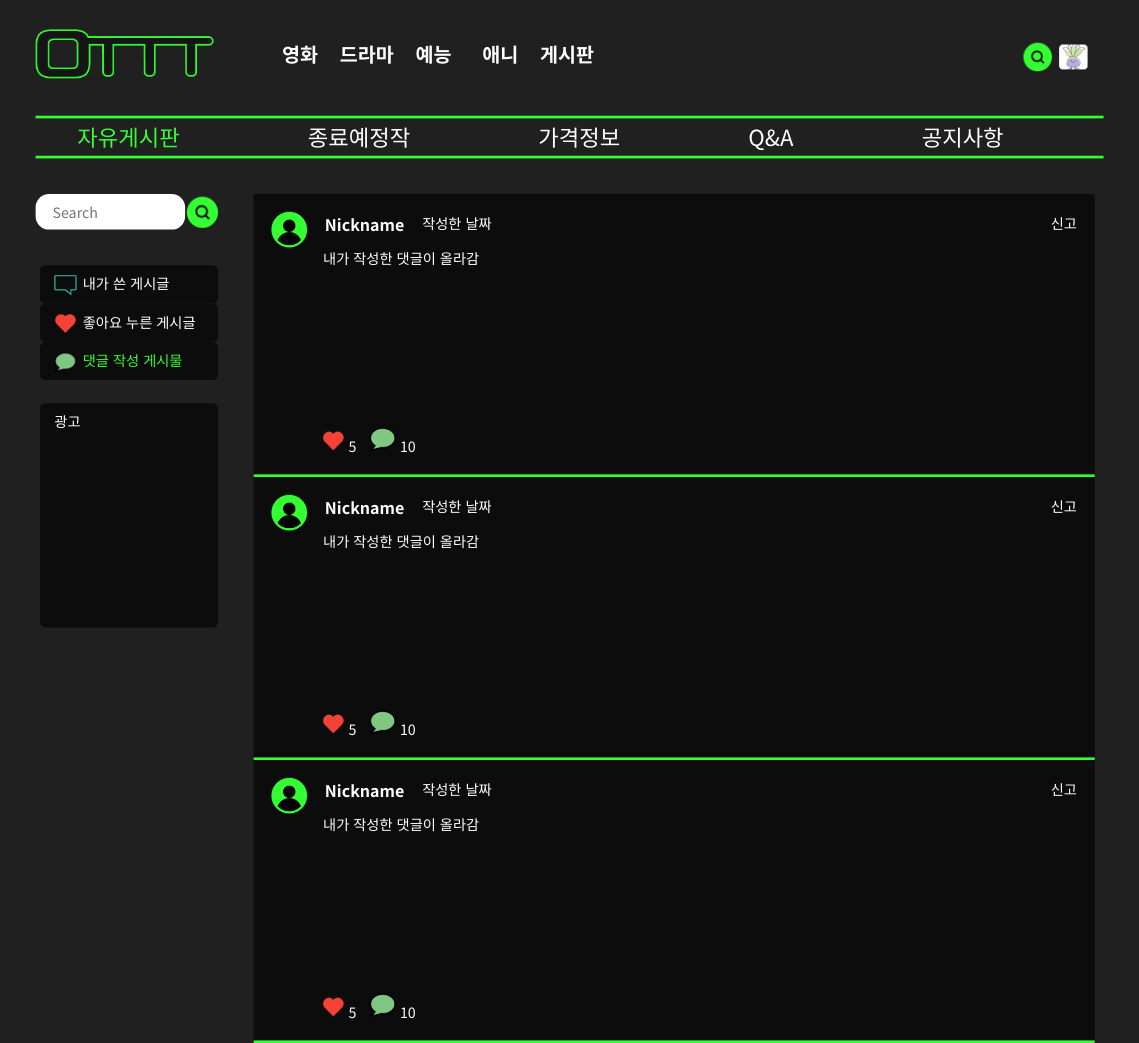
Repository: gahhyun/commnity_make
Page: http://localhost/OTTT/WEB-INF/views/community/freecommunity/comment_collection.jsp
The author's editor kept a copy of each file at every save. The page is drawn from the files as they stood at one save, then again after the next save.
The browser window is 1280 px wide. The pictures show the whole page, at 89% of full size.
The page is served by Tomcat 9. Nobody is signed in. Other server files are loaded and not shown. The template is opened directly, without the code that normally fills it, so the values that code supplies are empty.

Above is the page before, as saved 2023-05-04 07:35:38.

### OTTT/src/main/webapp/WEB-INF/views/community/freecommunity/comment_collection.jsp
<%@ page language="java" contentType="text/html; charset=UTF-8"
    pageEncoding="UTF-8"%>
<%@ taglib prefix="c" uri="http://java.sun.com/jsp/jstl/core" %>
<c:set var="path" value="${pageContext.request.contextPath}"/>
<!doctype html>
<html lang="ko">
  <head>
    <meta charset="utf-8">
    <meta name="viewport" content="width=device-width, initial-scale=1">
    <title>comment_collection</title>

    <link href="https://cdn.jsdelivr.net/npm/bootstrap@5.3.0-alpha2/dist/css/bootstrap.min.css" rel="stylesheet" integrity="sha384-aFq/bzH65dt+w6FI2ooMVUpc+21e0SRygnTpmBvdBgSdnuTN7QbdgL+OapgHtvPp" crossorigin="anonymous">
    <link rel="stylesheet" href="${path}/resources/css/community/freecommunity/community_main.css" >
    <script type="text/javascript" src="${path}/resources/js/community/main.js"></script>
    <script src="https://cdn.jsdelivr.net/npm/bootstrap@5.3.0-alpha2/dist/js/bootstrap.bundle.min.js" integrity="sha384-qKXV1j0HvMUeCBQ+QVp7JcfGl760yU08IQ+GpUo5hlbpg51QRiuqHAJz8+BrxE/N" crossorigin="anonymous"></script>
  </head>
  <body style="background-color: #202020;">
    <div class="wrap">
      <header>
        <div class="logo">
          <a href="<c:url value="/" />">
            <img src="${path}/resources/images/logo/OTTT.png" alt="로고">
          </a>
        </div>
        <nav class="gnb">
          <ul>
            <li>
              <a href="<c:url value="/genre/movie" />">영화</a>
            </li>
            <li>
              <a href="<c:url value="/genre/drama" />">드라마</a>
            </li>
            <li>
              <a href="<c:url value="/genre/interest" />">예능</a>
            </li>
            <li>
              <a href="<c:url value="/genre/animation" />">애니</a>
            </li>
            <li>
              <a href="<c:url value="/community" />">게시판</a>
            </li>
          </ul>
        </nav>
        <div class="h-icon">
          <ul>
            <li>
              <a href="<c:url value='/search' />">
                <!-- <img src="./images/icon/search02.png" alt="검색"> -->
              </a>
            </li>
            <li>
              <a href="<c:url value='/mypage' />">
                <!-- <img src="./images/icon/user01.png" alt="내 정보"> -->
              </a>
            </li>
          </ul>
        </div>
      </header>

      <!--meun bar Start-->
        <div id="line-1" >
          <nav class="nav">
          <a class="nav-link1" href="<c:url value='/community' />" style="color: #33ff33;">자유게시판</a>
          <a class="nav-link1" href="<c:url value='/community/endmovie/tving' />">종료예정작</a>
          <a class="nav-link1" href="<c:url value='/community/priceInfoTving' />">가격정보</a>
          <a class="nav-link1" href="<c:url value='/community/QnA' />">Q&A</a>
          <a class="nav-link1" href="<c:url value='/community/notice' />">공지사항</a>
        </nav>
        </div>
        <div id="line-2">
          <div class="Lcontent">
            <form name="post_search" action="" method="get">
              <input class="search" type="search" placeholder=" &nbsp;Search">
              <input class="searchicon" type="image" src="${path}/resources/images/icon/search02.png" alt="돋보기">
            </form>
            <ul class="movepage">
              <li style="display: flex;">
                <div class="list-group">
                    <a href="<c:url value='/mycommynity/postcommu' />" class="list-group-item list-group-item-action">
                      <img class="side_img" src="${path}/resources/images/img/KakaoTalk_20230411_161709664.png" alt="post">내가 쓴 게시글
                    </a>
                </div>
              </li>
              <li style="display: flex;">
                  <div class="list-group">
                      <a href="<c:url value='/mycommynity/likecommunity' />" class="list-group-item list-group-item-action">
                        <img class="side_img" src="${path}/resources/images/img/free-icon-heart-6063477 2.png" alt="heart">좋아요 누른 게시글
                      </a>
                  </div>
              </li>
              <li style="display: flex;">
                  <div class="list-group">
                      <a href="<c:url value='/mycommynity/comment' />" class="list-group-item list-group-item-action" style="color: #33ff33;">
                        <img class="side_img" src="${path}/resources/images/img/comment.png" >댓글 작성 게시물
                      </a>
                  </div>
              </li>
              <li style="display: flex;">
                  <div class="list-group">
                      <a href="#" class="list-group-item list-group-item-action" style="margin-top: 2vw; height: 35vh;">광고</a>
                    </div>
              </li>
          </div>

<!--ㅡmain------------------------------------------>
<div class="Rcontent" >
  <div class="post_list">
   <ul class="post" >
      <div class="post_info">
       <div style="display: flex;">
          <a href="#"><img class="usur_img" src="${path}/resources/images/icon/user01.png" alt="profile"></a>
          <a href="#"><span class="nickname">Nickname</span></a>
          <span id="current_date" >작성한 날짜</span>
        </div>
        <div>
         <div>
          <button type="button" class="btn_warning" data-bs-toggle="dropdown" >
            신고
          </button>
          <ul class="dropdown-menu" >
            <li><a class="dropdown-item" href="#">욕설/비방</a></li>
            <li><a class="dropdown-item" href="#">광고/도배</a></li>
            <li><a class="dropdown-item" href="#">악의적인 스포</a></li>
            <li><a class="dropdown-item" href="#">선정성</a></li>
          </ul>
         </div>
        </div>
      </div>
      <div style="width: 900px;">
        <a href="#" class="main_article">내가 작성한 댓글이 올라감</a>
      </div>
      <div>
      <div>
        <input class="heart_img" type="image" src="${path}/resources/images/img/free-icon-heart-6063477 2.png" alt="heart">
        <span>5</span>
        <input class="re_comment_img" type="image" src="${path}/resources/images/img/comment.png" alt="comment">
        <span>10</span>
      </div>
      </div>
    </ul>
    <ul class="post" >
      <div class="post_info">
       <div style="display: flex;">
          <a href="#"><img class="usur_img" src="${path}/resources/images/icon/user01.png" alt="profile"></a>
          <a href="#"><span class="nickname">Nickname</span></a>
          <span id="current_date" >작성한 날짜</span>
        </div>
        <div>
          <button type="button" class="btn_warning" data-bs-toggle="dropdown" >
            신고
          </button>
          <ul class="dropdown-menu">
            <li><a class="dropdown-item" href="#">욕설/비방</a></li>
            <li><a class="dropdown-item" href="#">광고/도배</a></li>
            <li><a class="dropdown-item" href="#">악의적인 스포</a></li>
            <li><a class="dropdown-item" href="#">선정성</a></li>
          </ul>
        </div>
      </div>
      <div style="width: 900px;">
        <a href="#" class="main_article">내가 작성한 댓글이 올라감</a>
      </div>
      <div>
      <div>
        <input class="heart_img" type="image" src="${path}/resources/images/img/free-icon-heart-6063477 2.png" alt="heart">
        <span>5</span>
        <input class="re_comment_img" type="image" src="${path}/resources/images/img/comment.png" alt="comment">
        <span>10</span>
      </div>
      </div>
    </ul>
    <ul class="post" >
      <div class="post_info">
       <div style="display: flex;">
          <a href="#"><img class="usur_img" src="${path}/resources/images/icon/user01.png" alt="profile"></a>
          <a href="#"><span class="nickname">Nickname</span></a>
          <span id="current_date" >작성한 날짜</span>
        </div>
        <div>
          <button type="button" class="btn_warning" data-bs-toggle="dropdown" >
            신고
          </button>
          <ul class="dropdown-menu">
            <li><a class="dropdown-item" href="#">욕설/비방</a></li>
            <li><a class="dropdown-item" href="#">광고/도배</a></li>
            <li><a class="dropdown-item" href="#">악의적인 스포</a></li>
            <li><a class="dropdown-item" href="#">선정성</a></li>
          </ul>
        </div>
      </div>
      <div style="width: 900px;">
        <a href="#" class="main_article">내가 작성한 댓글이 올라감</a>
      </div>
      <div>
      <div>
        <input class="heart_img" type="image" src="${path}/resources/images/img/free-icon-heart-6063477 2.png" alt="heart">
        <span>5</span>
        <input class="re_comment_img" type="image" src="${path}/resources/images/img/comment.png" alt="comment">
        <span>10</span>
      </div>
      </div>
    </ul>
  </div>
</div>
</div>
</div>
</body>
</html>

### OTTT/src/main/webapp/resources/css/community/freecommunity/community_main.css
@charset "utf-8";
@import url('https://fonts.googleapis.com/css2?family=Noto+Sans+KR:wght@100;300;400;500;700;900&display=swap');


*{margin: 0;padding: 0;font-family: 'Noto Sans KR', sans-serif;}

a{text-decoration: none;color: inherit;display: block;}

ul,li,ol{list-style: none;}

body{background-color: #202020;color: #fff;}

.wrap{width: 100%;height: 100%;position: relative;}

/* header Start*/
header{ width: 1200px; height: 130px;box-sizing: border-box;margin: 0 auto;position: relative;display: flex;}

.logo{    width: 230px;
    height : 95px;
    margin-top: 30px;}

.logo > a > img{margin-top: 2.5px;width: 200px;}

.gnb > ul{display: flex;}

.gnb > ul > li{
    width: 70px;
    height: 60px;
    text-align: center;
    line-height: 60px;
    margin-top: 30px;
    margin-right:5px;
}


.gnb a{
    font-size: 22px;
    font-weight: 600;
}

.gnb > ul > li:hover{
    color: #33ff33;
}

.h-icon{
    width: 120px;
    height: 58px;
    position: absolute;
    top: 50%;
    right: 10px;
    transform: translateY(-50%);
}

.h-icon > ul{
    display: flex;
    justify-content: space-evenly;
    margin-top: 12px;
}

.h-icon > ul > li:first-child > a{
    background:url("../../../images/icon/search02.png");
    background-repeat: no-repeat;
    background-position: center;
    background-size: 32px;
    width: 32px;
    height: 32px;
}

.h-icon > ul > li:last-child > a{
    background:url("../../../images/img/profile.png");
    background-repeat: no-repeat;
    background-position: center;
    background-size: 32px;
    width: 32px;
    height: 32px;
}

.h-icon > ul > li:first-child > a:hover{
    background: url("../../../images/icon/search-h.png");
    background-repeat: no-repeat;
    background-position: center;
    background-size: 32px;
    width: 32px;
    height: 32px;
}

/* .h-icon > ul > li:last-child > a:hover{
    background: url("../images/user-h.png");
    background-repeat: no-repeat;
    background-position: center;
    background-size: 32px;
    width: 32px;
    height: 32px;
} */

/* header End */

/* meun bar Start */
#line-1 {
    width: 1200px;
    background-color: transparent;
    border: none;
    border-top-style: solid;
    border-bottom-style: solid;
    border-top-color:#33ff33;
    border-bottom-color: #33FF33;
    border-top-width:3px;
    border-bottom-width: 3px;
    margin: 0 auto;
    position: relative;
    display: flex;
    margin-bottom: 40px;
}

.nav-link1{
    color: #ffffff;
    font-size: 25px;
    padding:2px;
    text-decoration-line: none;
    margin-left: 140px;
}
.nav-link1:hover{color: #33FF33;}

.nav a:nth-child(1){margin-left: 3.5vw;}

/* meun bar ENd */


/* content Start */
/*  left start */
#line-2 {
    width:1200px;
    display: flex;
    position:relative;
    margin: 0 auto;

}

.search{
        border: solid 1px black;
        width: 168px;
        height: 40px;
        border: 0;
        border-radius: 15px;
        padding-left: 10px;s
    }

.searchicon{
    width: 35px;
    position: relative;
    left: 170px;
    bottom: 37px;
}

.movepage{
    margin: 0;
    margin-left: 5px;
    padding: 0;
}


.list-group-item{
    width: 200px;
    background-color: #0B0C0B;
    border: none;
    color: #ffffff;

}

.side_img{
    width: 25px;
    margin-right: 7px;
}

/*  left end */

/* right start*/
.Rcontent{
    margin-left: 40px;
    width: 1000px;
    height: auto;

}

.post_write{
    padding: 20px;
    background : #0B0C0B;
    border: solid 1px #33FF33;
    color: white;
    border-radius: 10px;
    max-height: max-content;
    width: 945px;
}

.post_write li:nth-child(1) img{
    width: 50px;

}


.writeHere{
    color: #fff;
    border: none;
    background-color: #0B0C0B;;
    width: 800px;
    min-height: 5rem;
    max-height: max-content;
    overflow-y: hidden;
    resize: none;
    position: relative;
    left: 75px;
    bottom: 43px;


}
.writeHere:focus{
    outline: none;
}

.btn_s{

    text-align: end;
}

.img_file{
    width: 47px;
    position: relative;
    cursor: pointer;
}

#btn_file{
    position: absolute;
    width: 1px;
    height: 1px;
    padding: 0;
    border: 0;
    margin: -1;
    overflow: hidden;
}


.btn_commit{
    width: 83px;
    position: relative;
    top: 10px;
}


/*
필드 숨기는 코드를 설명해보자면,

‣ position: absolute : clip이 absolute, fixed일 때만 적용 가능하기 때문 + 레이아웃에 영향을 끼치지 않게.

‣ width: 1px; height: 1px : 스크린 리더가 읽을 수 있도록

‣ padding: 0 : 상속되거나 적용될 수 있는 스타일을 제거해서 안전하게

‣ border: 0 : 상속되거나 적용될 수 있는 스타일을 제거해서 안전하게. 그리고 border: none과 border: 0은 다른데, border: none으로 했을 때 border-style을 적용할 경우 우선순위때문에 border: none인데도 테두리가 생긴다. 그래서 더 안전한 border: 0을 사용

‣ margin: -1px : 부모 요소 밖으로 위치시킴

‣ clip: rect(0, 0, 0, 0) : 요소 숨기기. 처음에 top, right, bottom, left를 margin 줄 때처럼 생각을 해서 이해를 못 했는데 선언 순서는 같지만 기준 점이 다르다. clip은 네 방향 모두 좌측상단이 기준이다.margin 에서 bottom은 해당 요소 아래에서 얼마큼 떨어질지였지만, clip은 상단에서 얼마큼 떨어질지가 bottom라인이 된다. 그래서 top과 bottom이 같은 값이면 요소가 숨겨지게 된다. 마찬가지로 left, right가 같은 값이면 요소가 숨겨진다.

‣ overflow: hidden : overflow된 콘텐츠를 숨기기.
*/



/*작성된 글 올라감*/
.post{
    margin: 0;
    padding: 20px;
    background : #0B0C0B;
    border: none;
    color: white;
    width: 945px;
    max-height: max-content;
    overflow: auto;
    border-bottom: solid #33FF33;
}

.post > li{
    display: inline-block;
}

.post_info{
    display: flex;
    justify-content: space-between;
}

.usur_img{
    width: 40px;

}

.nickname{
    width: 500px;
    margin-left: 20px;
    margin-right: 20px;
    color: #fff;
    font-weight: bolder;
    font-size: 18px;
}

.btn_warning{
    background-color: #0B0C0B;
    color: #fff;
    border: none;
    margin-left: 20px;




}

.main_article{
    color: #fff;
    border: none;
    background-color: #0B0C0B;
    width: 800px;
    min-height: 200px;
    max-height: max-content;
    margin-left: 58px;
}

.main article:focus{
    outline: none;
}

.heart_img{
    width: 25px;
    margin-left: 57px;
    padding-top: 5px;
}

.count{
    width: 35px;
    background-color: #0B0C0B;
    border: none;
    color: #fff;
}

.re_comment_img{
    width: 30px;
    margin-left: 10px;
}






/* 모달 */
.post_info li:nth-child(4){
    position: relative;
    left: 500px;
}
.modal-content{
    background-color: #202020;
}

.modal-body{
    font-size: 26px;
    text-align: center;
    border: 1px solid #fff;
}

.modal-header{
    border: 1px solid #fff;
}

.modal-footer{
    border: 1px solid #fff;
}

.modi-del{
    text-align: right;
}


.pro-info{
    display: flex;
}

.pro-total{
    display: flex;
    justify-content: space-between;
}

.btn.btn-secondary{
    background-color: #0B0C0B;
}
/*모달 end*/

/* div{
    border: plum solid 1px;
} */

### OTTT/src/main/webapp/resources/js/community/main.js
function resize(obj){
    obj.style.height = '1px';
    obj.style.height = (12 + obj.scrollHeight) + 'px';

}

After the next save:
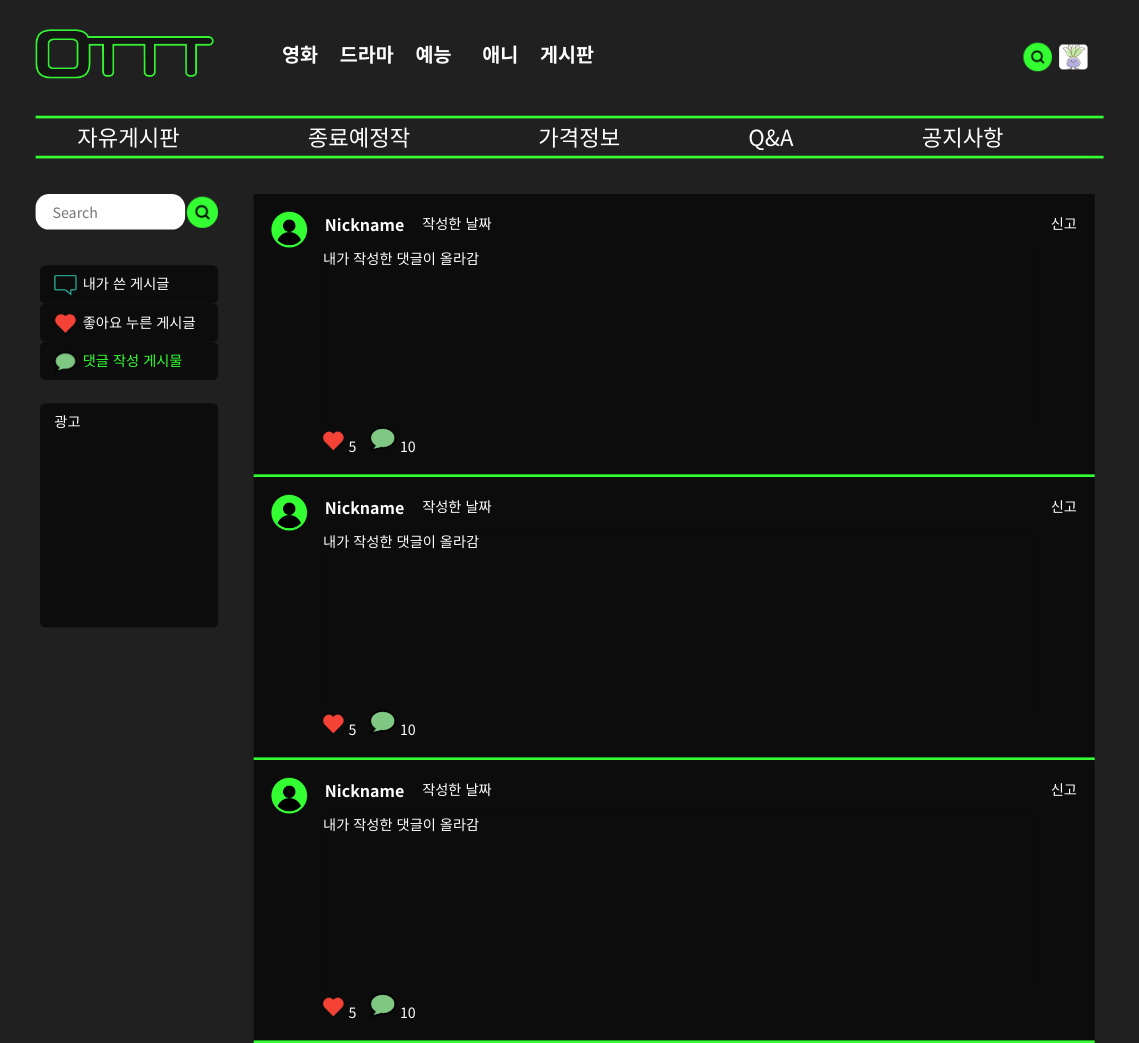
Saved 44 s later.
--- a/OTTT/src/main/webapp/WEB-INF/views/community/freecommunity/comment_collection.jsp
+++ b/OTTT/src/main/webapp/WEB-INF/views/community/freecommunity/comment_collection.jsp
@@ -60,7 +60,7 @@
       <!--meun bar Start-->
         <div id="line-1" >
           <nav class="nav">
-          <a class="nav-link1" href="<c:url value='/community' />" style="color: #33ff33;">자유게시판</a>
+          <a class="nav-link1" href="<c:url value='/community' />">자유게시판</a>
           <a class="nav-link1" href="<c:url value='/community/endmovie/tving' />">종료예정작</a>
           <a class="nav-link1" href="<c:url value='/community/priceInfoTving' />">가격정보</a>
           <a class="nav-link1" href="<c:url value='/community/QnA' />">Q&A</a>
